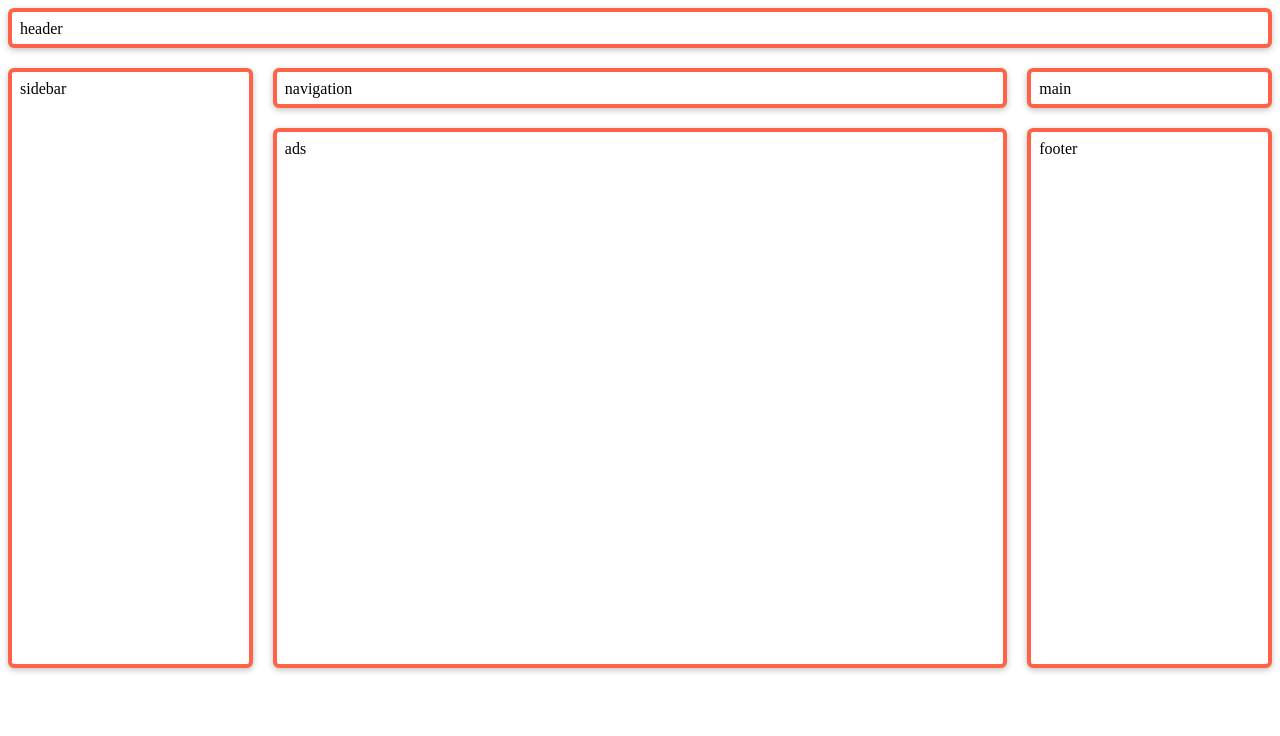
Repository: cokoduwa/css-layouts
Page: grid-exercises/03-page-layout/layout.html
These files come from the project's save history. The page is drawn as it stood at one moment and after the next save; the edit follows.
The browser window is 1280 px wide. The pictures show the whole page.

Above is the page before, as saved 2022-09-30 20:29:49.

### grid-exercises/03-page-layout/layout.html
<!DOCTYPE html>
<html lang="en">
  <head>
    <meta charset="UTF-8" />
    <meta name="viewport" content="width=device-width, initial-scale=1.0" />
    <title>Grid, devchallenge.io - Task 3.1</title>

    <link rel="stylesheet" href="style.css" />
  </head>
  <body>
    <div class="container">

      <div class="item header">header</div>

      <div class="item navigation">navigation</div>

      <div class="item main">main</div>

      <div class="item sidebar">sidebar</div>

      <div class="item ads">ads</div>

      <div class="item footer">footer</div>

    </div>
  </body>
</html>

### grid-exercises/03-page-layout/style.css
.item {
  padding: 8px;
  background-color: white;
  border: 4px solid tomato;
  border-radius: 6px;
  box-shadow: 0px 2px 6px rgba(0, 0, 0, 0.25);
}

.container {
  display: grid;
  grid-template-columns: 1fr 3fr 1fr;
  grid-template-rows: 40px 40px auto 40px;
  row-gap: 20px;
  column-gap: 20px;
  min-height: 100vh;
}

.header {
  grid-column-start: 1;
  grid-column-end: 4;
  grid-row-start: 1;
}

.sidebar {
  grid-column-start: 1;
  grid-row-start: 2;
  grid-row-end: 4;
}

After the next save:
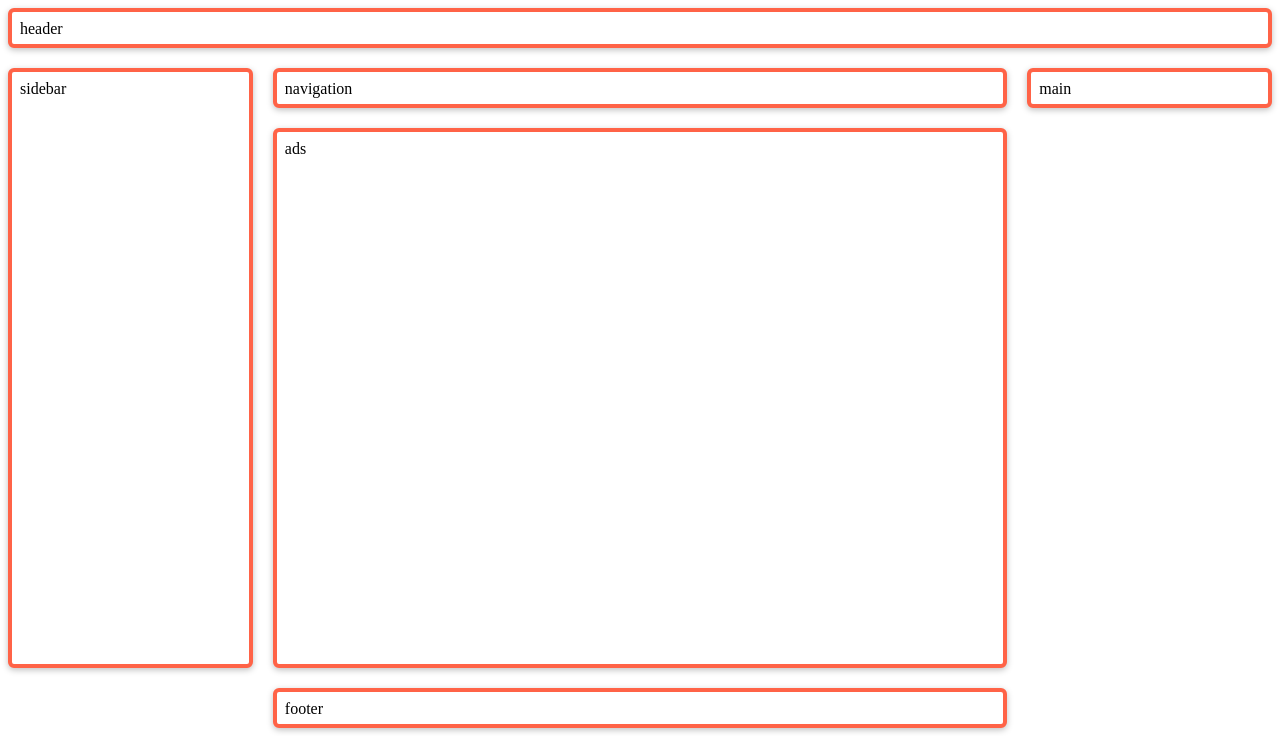
Saved 9 min 27 s later.
--- a/grid-exercises/03-page-layout/style.css
+++ b/grid-exercises/03-page-layout/style.css
@@ -26,3 +26,7 @@
   grid-row-start: 2;
   grid-row-end: 4;
 }
+
+.footer {
+  grid-column-start: 2;
+}
